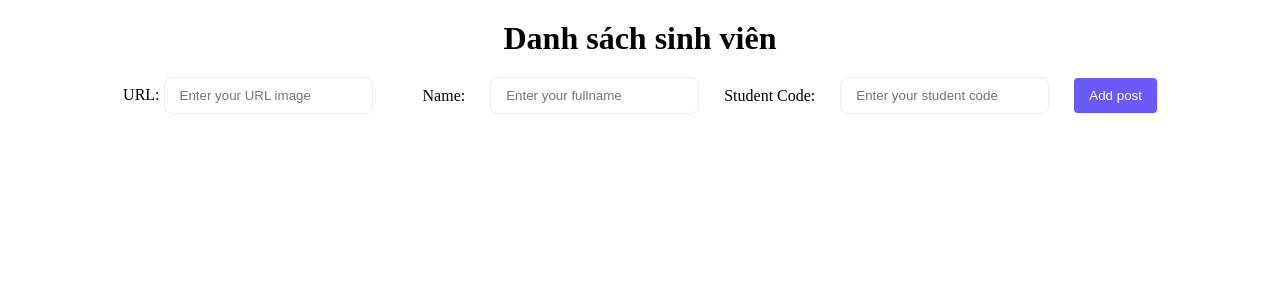
Repository: doquang195/demo-api
Page: indext.html
These files come from the project's save history. The page is drawn as it stood at one moment and after a run of saves; the edit follows.
The browser window is 1280 px wide. The pictures show the whole page.

Above is the page before, as saved 2023-10-04 21:50:27.

### indext.html
<!DOCTYPE html>
<html lang="en">
    <head>
        <meta charset="UTF-8" />
        <meta name="viewport" content="width=device-width, initial-scale=1.0" />
        <link rel="stylesheet" href="./reset.css" />
        <link rel="stylesheet" href="./style.css" />
        <title>Demo Rest API</title>
    </head>
    <body>
        <div>
            <h2 class="heading">Danh sách sinh viên</h2>
            <div id="list-courses"></div>
        </div>
        <form action="" class="form-post" method="post">
            <div>
                <label>URL:</label>
                <input
                    type="text"
                    name="image"
                    placeholder="Enter your URL image"
                />
            </div>
            <div>

            </div>
            <label>Name:</label>
            <input type="text" name="name" placeholder="Enter your fullname" />
            <label>Student Code:</label>
            <input
                type="text"
                name="code"
                placeholder="Enter your student code"
            />
            <button type="submit">Add post</button>
        </form>
        <script src="./app.js"></script>
    </body>
</html>

### reset.css
html {
    box-sizing: border-box;
}
* {
    margin: 0;
    padding: 0;
}
*,
*:before,
*:after {
    box-sizing: border-box;
}
input,
textarea,
select,
button {
    outline: none;
}
input {
    line-height: normal;
}
label,
button {
    cursor: pointer;
}
a {
    text-decoration: none;
}
img {
    display: block;
    max-width: 100%;
}

### style.css
.heading {
    font-size: 32px;
    text-align: center;
    padding: 20px;
}

.form-post {
    display: flex;
    justify-content: center;
    align-items: center;
    gap: 0 25px;
}

.form-post input {
    padding: 10px 15px;
    border: 1px solid #eee;
    border-radius: 8px;
}

.form-post button {
    background-color: #6a5af9;
    color: white;
    border: 0;
    outline: none;
    padding: 10px 15px;
    border-radius: 4px;
}

### app.js
// let coursesAPI = "http://localhost:3000/courses";

// function start() {
//     getCourses(renderCourses);
//     handleCreateForm();
// }

// start();

// function getCourses(callback) {
//     fetch(coursesAPI)
//         .then((res) => res.json())
//         .then(callback);
// }

// function createCourse(data, callback) {
//     let options = {
//         method: "POST",
//         headers: {
//             "Content-Type": "application/json",
//         },
//         body: JSON.stringify(data),
//     };
//     fetch(coursesAPI, options)
//         .then((res) => res.json())
//         .then(callback);
// }

// function handleDeleteCourse(id) {
//     let options = {
//         method: "DELETE",
//         headers: {
//             "Content-Type": "application/json",
//         },
//     };
//     fetch(coursesAPI + "/" + id, options)
//         .then((res) => res.json())
//         .then(function () {
//             const courseItem = document.querySelector(".course-" + id);
//             if (courseItem) {
//                 courseItem.remove();
//             }
//         });
// }

// function renderCourses(courses) {
//     let listCourses = document.querySelector("#list-courses");
//     const htmls = courses.map(function (course) {
//         return `
//             <div class="course-${course.id}" style="width: 300px, height: 300px">
//                 <h4>${course.name}</h4>
//                 <p>${course.description}</p>
//                 <button onclick="handleDeleteCourse(${course.id})">Xoa</button>
//             </div>`;
//     });
//     listCourses.innerHTML = htmls;
// }

// function handleCreateForm() {
//     const createBtn = document.querySelector("#create");
//     createBtn.onclick = function () {
//         const name = document.querySelector('input[name="name"]').value;
//         const description = document.querySelector(
//             'input[name="description"]'
//         ).value;
//         const formData = {
//             name: name,
//             description: description,
//         };
//         createCourse(formData, function () {
//             getCourses(renderCourses);
//         });
//     };
// }
const student = {
    image: "",
    studentCode: "",
    name: "",
};

// async function addPost(title, author) {
//     const response = await fetch("http://localhost:3000/courses", {
//         method: "POST",
//         body: JSON.stringify({
//             title,
//             author,
//         }),
//         headers: {
//             "Content-type": "application/json; charset=UTF-8",
//         },
//     });
//     return response;
// }

// const formPost = document.querySelector(".form-post");
// formPost.addEventListener("submit", function (e) {
//     e.preventDefault();
//     const title = this.elements["title"].value;
//     const author = this.elements["author"].value;
//     addPost(title, author);
// });

After the next 2 saves:
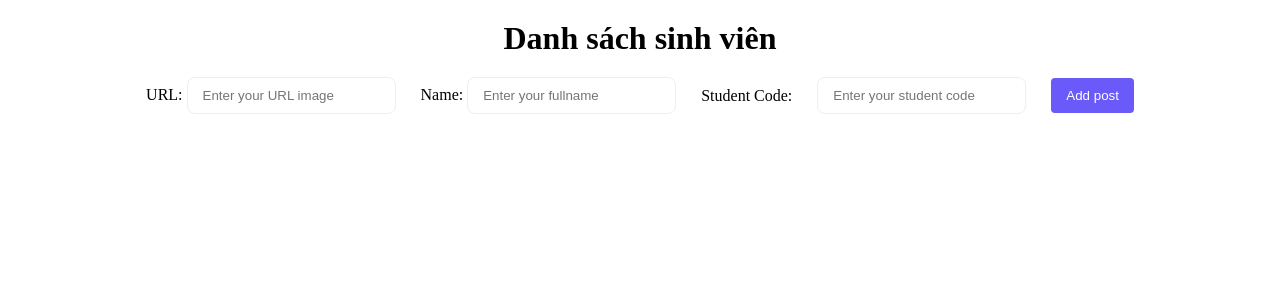
The 2 saves are shown as one change because they came seconds apart.
The last was saved 8 s later.
--- a/indext.html
+++ b/indext.html
@@ -22,10 +22,10 @@
                 />
             </div>
             <div>
+                <label>Name:</label>
+                <input type="text" name="name" placeholder="Enter your fullname" />
+            </div>
 
-            </div>
-            <label>Name:</label>
-            <input type="text" name="name" placeholder="Enter your fullname" />
             <label>Student Code:</label>
             <input
                 type="text"
